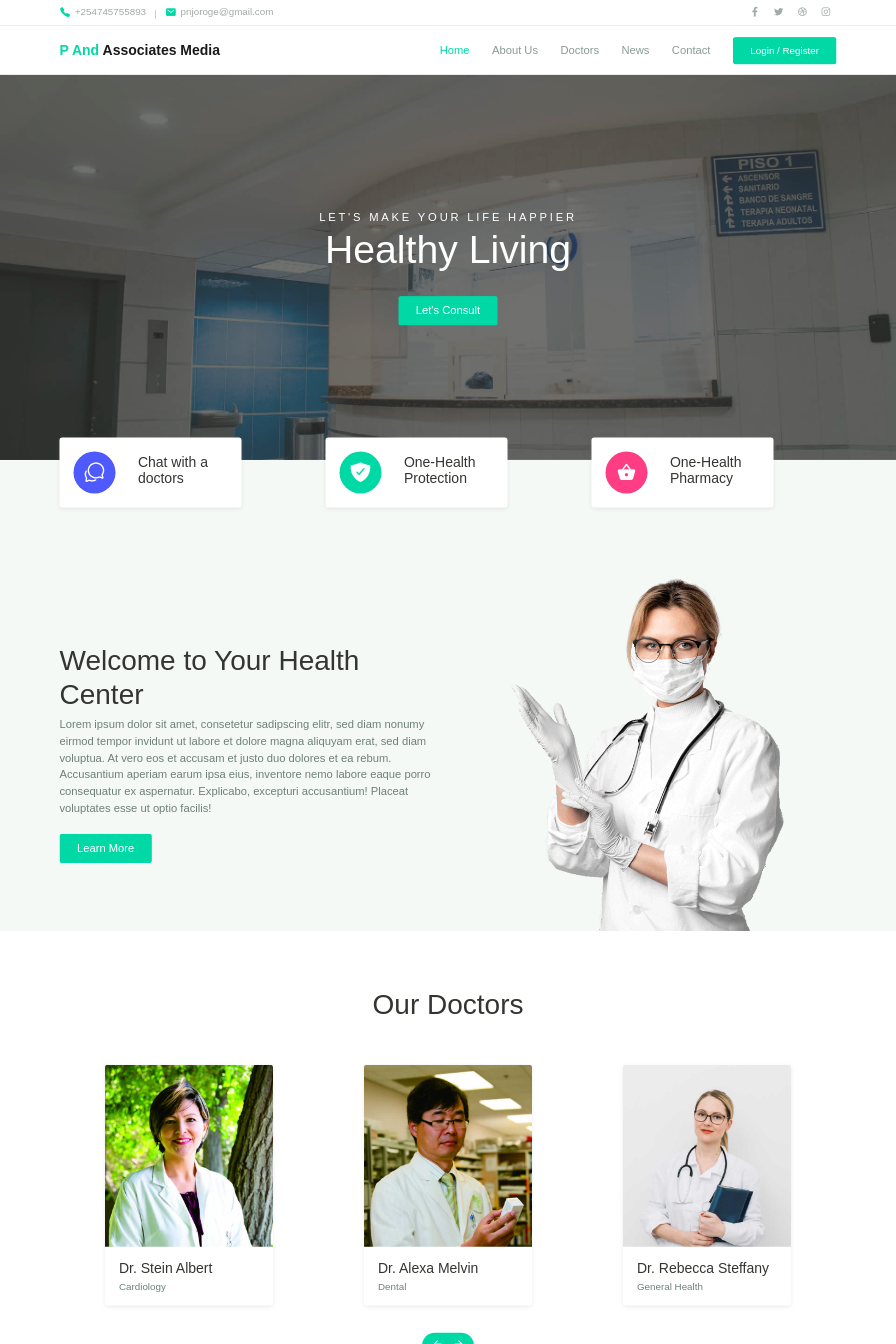
Repository: profbkmurage/myWeb
Page: html/index.html
An editor plug-in stored every save of this project. The page is shown before and after the next save, followed by the edit.
The browser window is 1280 px wide. The pictures show the part of the page from y = 0 to 1920 px (the page is 4153 px tall), at 70% of full size.

Above is the page before, as saved 2023-12-10 15:50:00.

After the next save:
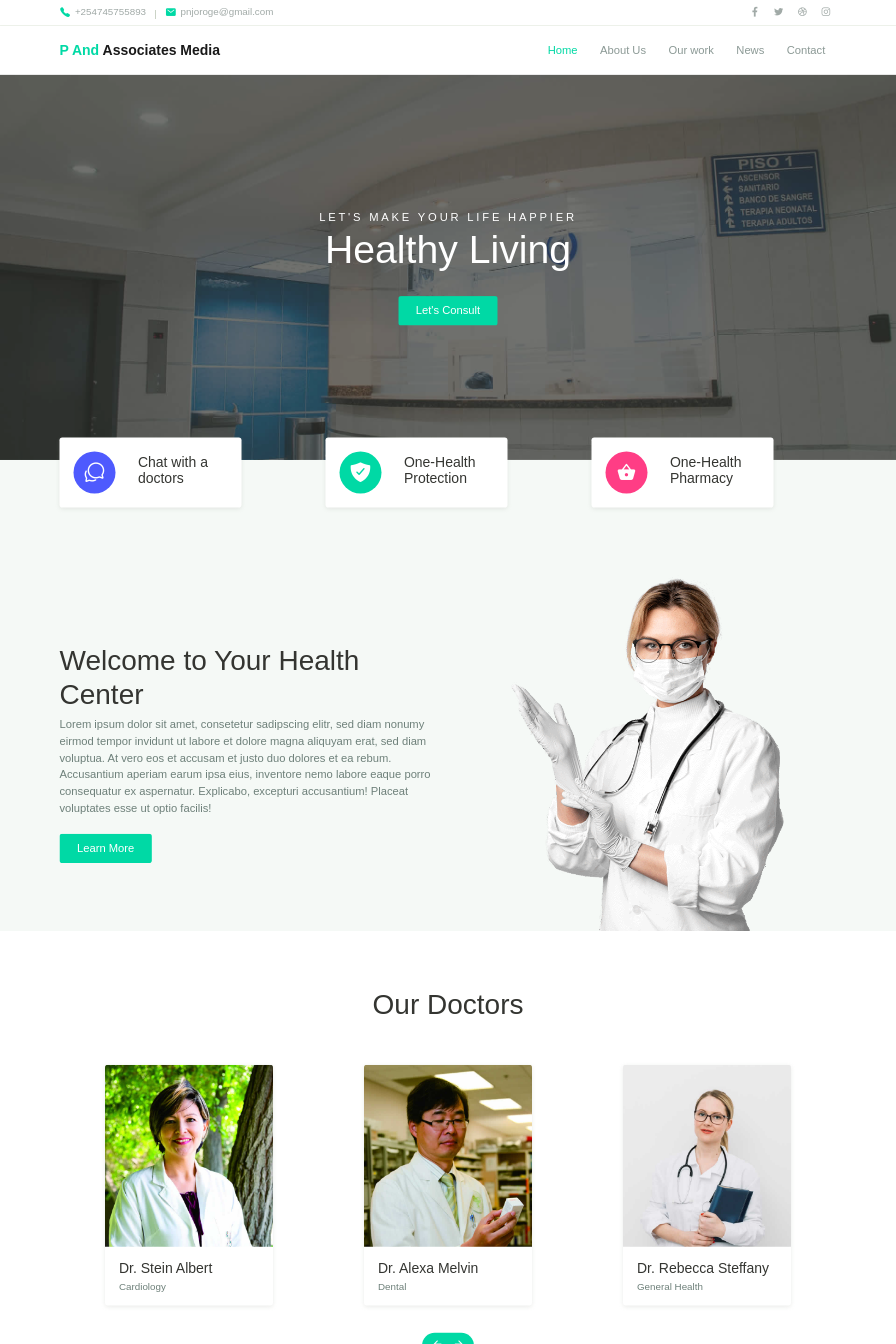
Saved 57 s later.
--- a/html/index.html
+++ b/html/index.html
@@ -72,7 +72,7 @@
               <a class="nav-link" href="about.html">About Us</a>
             </li>
             <li class="nav-item">
-              <a class="nav-link" href="doctors.html">Doctors</a>
+              <a class="nav-link" href="doctors.html">Our work</a>
             </li>
             <li class="nav-item">
               <a class="nav-link" href="blog.html">News</a>
@@ -80,9 +80,9 @@
             <li class="nav-item">
               <a class="nav-link" href="contact.html">Contact</a>
             </li>
-            <li class="nav-item">
+            <!-- <li class="nav-item">
               <a class="btn btn-primary ml-lg-3" href="#">Login / Register</a>
-            </li>
+            </li> -->
           </ul>
         </div> <!-- .navbar-collapse -->
       </div> <!-- .container -->
